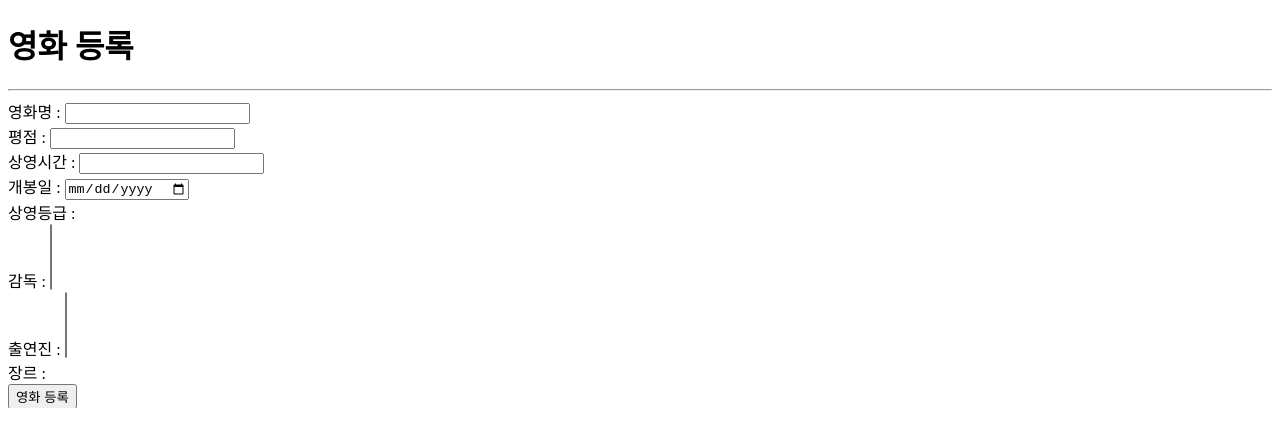
Repository: BaekJiGyeong/JSP_web
Page: http://localhost/Movie/addNewMovie
The author's editor kept a copy of each file at every save. The page is drawn from the files as they stood at one save, then again after the next save.
The browser window is 1280 px wide. The pictures show the whole page.
The page is served by Tomcat 9. Other server files are loaded and not shown. Queries for data that is not in the repository find no rows.

Above is the page before, as saved 2016-02-29 07:47:22.

### Movie/WebContent/WEB-INF/view/addNewMovie.jsp
<%@ page language="java" contentType="text/html; charset=UTF-8"
    pageEncoding="UTF-8" buffer="20kb"%>
<%@ taglib prefix="c" uri="http://java.sun.com/jsp/jstl/core" %>
<!DOCTYPE html>
<html>
<head>
<meta http-equiv="Content-Type" content="text/html; charset=UTF-8">
<title>Insert title here</title>

<script type="text/javascript" src="<c:url value="/resource/js/jquery-1.12.1.js"/>"></script>
<script type="text/javascript">

	$(document).ready(function() {

		$("#addNewMovieForm").hide();
		$("#addNewMovieForm").slideDown(5000);

	});

</script>
</head>

<body>
	<h1>영화 등록</h1>
	<hr/>

	<form id = "addNewMovieForm">
		영화명 : <input type="text" id="movieTitle" name="movieTitle"><br/>
		평점 : <input type="text" id="rate" name="rate"><br/>
		상영시간 : <input type="text" id="runningTime" name="runningTime"><br/>
		개봉일 : <input type="date" id="openDate" name="openDate"><br/>
		상영등급 :
		<c:forEach items="${gradeList}" var ="grade">
			<input type="radio" class="grade" name="grade" value="${grade.gradeId}"/>${grade.gradeTitle}
		</c:forEach>
		<br/>
		감독 :
		<select id="directors" name ="directors" multiple="multiple">
			<c:forEach items="${directorList}" var ="director">
				<option value="${director.directorId}">"${director.directorName}
				</option>
			</c:forEach>
		</select>
		<span id="directorsName"></span>

		<br/>
		출연진 :
		<select id="actors" name ="actors" multiple="multiple">
		<c:forEach items="${actorList}" var ="actor">
			<option value="${actor.actorId}">"${actor.actorName}
			</option>
		</c:forEach>
		</select>
		<br/>
		장르 :
		<c:forEach items="${genreList}" var ="genre">
		<input type="checkbox" class="genres" name="genres" value="${genre.genreId}"/>${genre.genreTitle}
		</c:forEach>
		<br/>

		<input type="button" id="addNewMovie" value="영화 등록"/>
	</form>
</body>
</html>

### Movie/src/com/ktds/jgbaek/web/AddNewMovieServlet.java
package com.ktds.jgbaek.web;

import java.io.IOException;
import java.util.List;

import javax.servlet.RequestDispatcher;
import javax.servlet.ServletException;
import javax.servlet.http.HttpServlet;
import javax.servlet.http.HttpServletRequest;
import javax.servlet.http.HttpServletResponse;

import com.ktds.jgbaek.dao.ActorDAO;
import com.ktds.jgbaek.dao.DirectorDAO;
import com.ktds.jgbaek.dao.GenreDAO;
import com.ktds.jgbaek.dao.GradeDAO;
import com.ktds.jgbaek.vo.ActorVO;
import com.ktds.jgbaek.vo.DirectorVO;
import com.ktds.jgbaek.vo.GenreVO;
import com.ktds.jgbaek.vo.GradeVO;

/**
 * Servlet implementation class AddNewMovieServlet
 */
public class AddNewMovieServlet extends HttpServlet {
	private static final long serialVersionUID = 1L;
    private GenreDAO genreDAO;
    private GradeDAO gradeDAO;
    private DirectorDAO directorDAO;
    private ActorDAO actorDAO;

    /**
     * @see HttpServlet#HttpServlet()
     */
    public AddNewMovieServlet() {
        super();
        genreDAO = new GenreDAO();
        gradeDAO = new GradeDAO();
        directorDAO = new DirectorDAO();
        actorDAO = new ActorDAO();
    }

	/**
	 * @see HttpServlet#doGet(HttpServletRequest request, HttpServletResponse response)
	 */
	protected void doGet(HttpServletRequest request, HttpServletResponse response) throws ServletException, IOException {
		this.doPost(request, response);
	}

	/**
	 * @see HttpServlet#doPost(HttpServletRequest request, HttpServletResponse response)
	 */
	protected void doPost(HttpServletRequest request, HttpServletResponse response) throws ServletException, IOException {
		// 1. 장르 리스트
		List<GenreVO> genreList = genreDAO.getAllGenre();

		// 2. 등급 리스트
		List<GradeVO> gradeList = gradeDAO.getAllGrade();

		// 3. 감독 리스트
		List<DirectorVO> directorList = directorDAO.getAllDirector();

		// 4. 배우 리스트
		List<ActorVO> actorList = actorDAO.getAllActor();

		request.setAttribute("genreList", genreList);
		request.setAttribute("gradeList", gradeList);
		request.setAttribute("directorList", directorList);
		request.setAttribute("actorList", actorList);

		RequestDispatcher rd = request.getRequestDispatcher("/WEB-INF/view/addNewMovie.jsp");
		rd.forward(request, response);

	}

}

### Movie/src/com/ktds/jgbaek/util/xml/XML.java
package com.ktds.jgbaek.util.xml;

import java.io.IOException;
import java.io.InputStream;

import javax.xml.parsers.DocumentBuilder;
import javax.xml.parsers.DocumentBuilderFactory;
import javax.xml.parsers.ParserConfigurationException;
import javax.xml.xpath.XPath;
import javax.xml.xpath.XPathConstants;
import javax.xml.xpath.XPathExpression;
import javax.xml.xpath.XPathExpressionException;
import javax.xml.xpath.XPathFactory;

import org.w3c.dom.Document;
import org.w3c.dom.Node;
import org.w3c.dom.NodeList;
import org.xml.sax.SAXException;

public class XML {

	public static String getNodeString( String nodePath ) {

  XPathFactory xPathFactory = XPathFactory.newInstance();
  XPath xPath = xPathFactory.newXPath();

  XPathExpression expr = null;
  try {
   expr = xPath.compile(nodePath);
  } catch (XPathExpressionException e) {
   throw new RuntimeException(e);
  }

  if(expr != null) {

   Document doc = null;
   try {

    DocumentBuilderFactory factory =
      DocumentBuilderFactory.newInstance();
       DocumentBuilder builder =
         factory.newDocumentBuilder();
       InputStream is =
         XML.class.getClassLoader()
         .getResource("query.xml").openStream();

       doc = builder.parse(is);
   } catch (SAXException e) {
    throw new RuntimeException(e);
   } catch (IOException e) {
    throw new RuntimeException(e);
   } catch (ParserConfigurationException e) {
    throw new RuntimeException(e);
   }

   if(doc != null) {
    try {
     Object result = expr.evaluate(
       doc, XPathConstants.NODESET);

     NodeList nodes = (NodeList)result;
     for ( int i = 0; i < nodes.getLength(); i++ ) {
      Node node = nodes.item(i);
      return node.getNodeValue();
     }
    } catch (XPathExpressionException e) {
     throw new RuntimeException(e);
    }
   }
  }

  return null;
 }
}

Loaded but not shown: Movie/WebContent/resource/js/jquery-1.12.1.js (library)

After the next save:
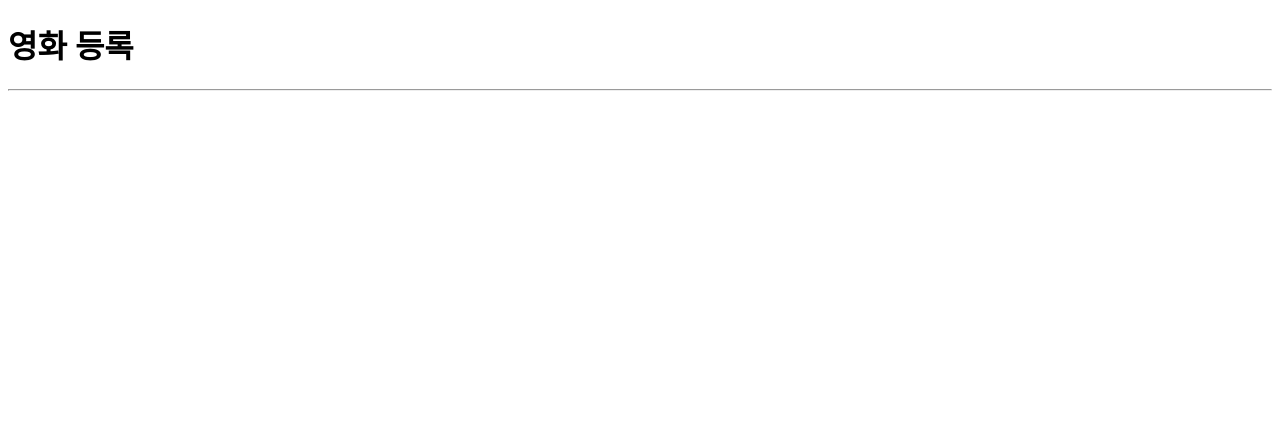
Saved 44 s later.
--- a/Movie/WebContent/WEB-INF/view/addNewMovie.jsp
+++ b/Movie/WebContent/WEB-INF/view/addNewMovie.jsp
@@ -12,9 +12,10 @@
 
 	$(document).ready(function() {
 
-		$("#addNewMovieForm").hide();
-		$("#addNewMovieForm").slideDown(5000);
-
+		/*$("#addNewMovieForm").hide();
+		$("#addNewMovieForm").slideDown(5000);*/
+		$("#addNewMovieForm").fadeIn();
+		$("#addNewMovieForm").fadeOut();
 	});
 
 </script>

After the save that followed:
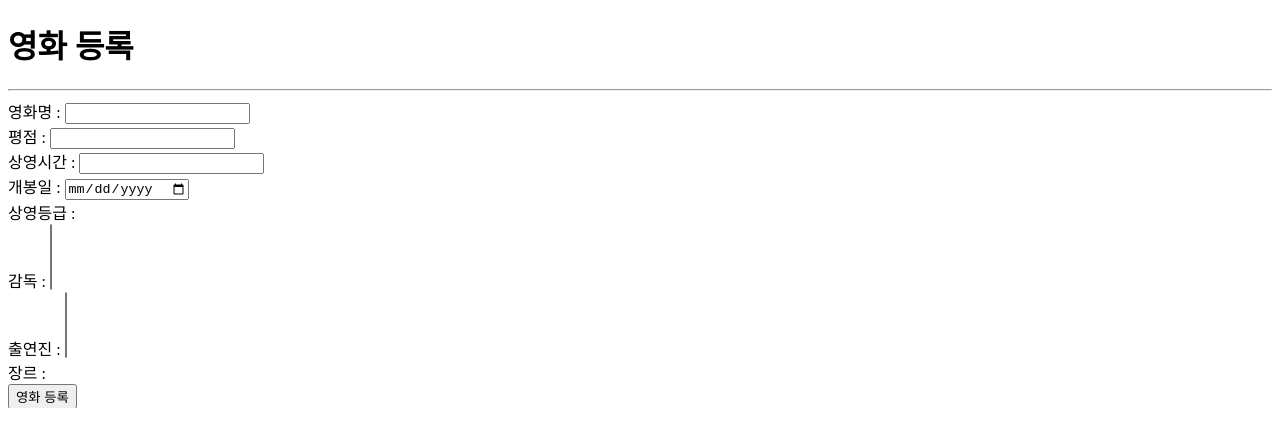
Saved 39 s later.
--- a/Movie/WebContent/WEB-INF/view/addNewMovie.jsp
+++ b/Movie/WebContent/WEB-INF/view/addNewMovie.jsp
@@ -12,8 +12,9 @@
 
 	$(document).ready(function() {
 
-		/*$("#addNewMovieForm").hide();
-		$("#addNewMovieForm").slideDown(5000);*/
+		$("#addNewMovieForm").hide();
+		$("#addNewMovieForm").slideDown(5000);
+		$("#addNewMovieForm").slideUp(5000);
 		$("#addNewMovieForm").fadeIn();
 		$("#addNewMovieForm").fadeOut();
 	});
